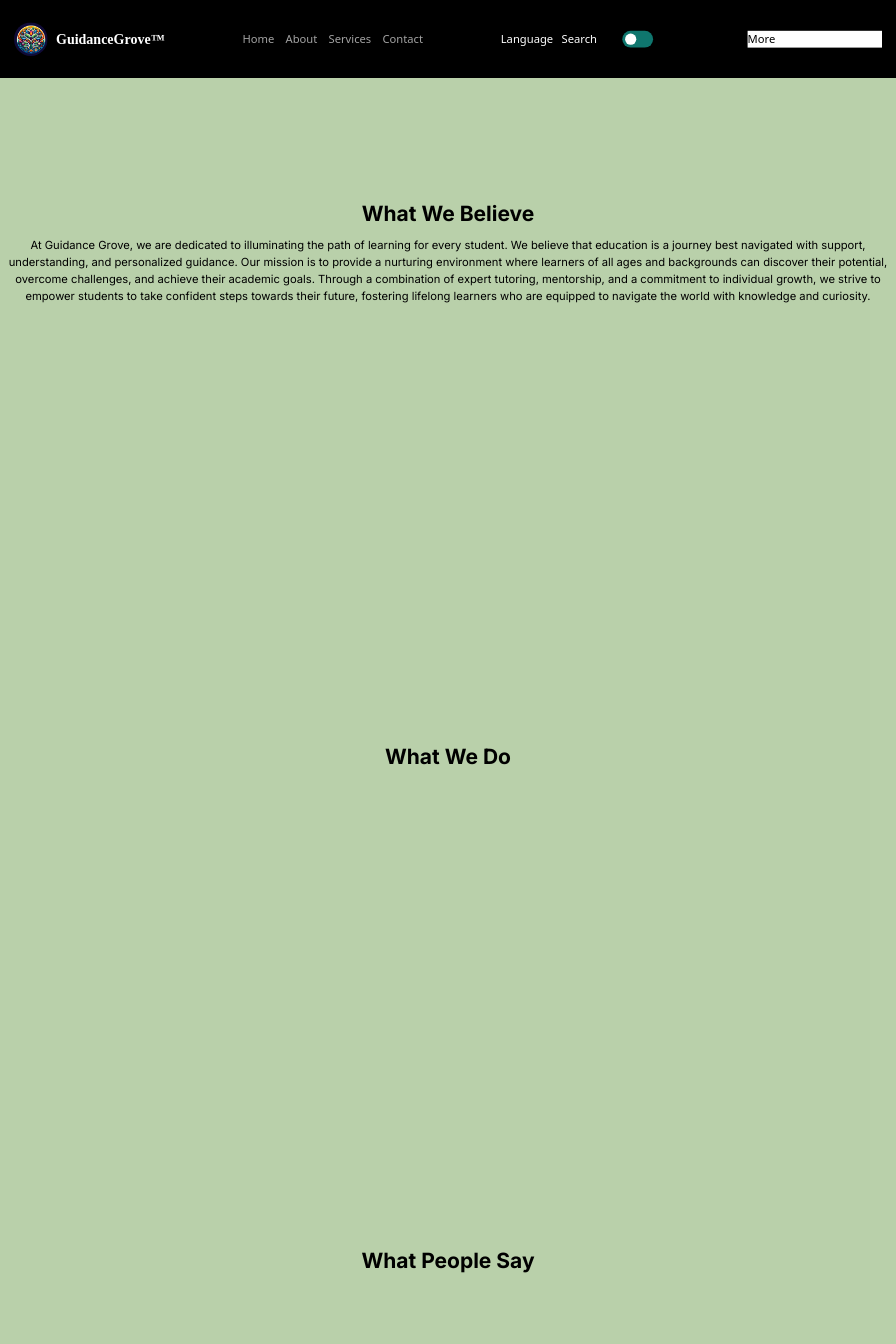
Repository: PositiveGuy/GuidanceGrove
Page: /
An editor plug-in stored every save of this project. The page is shown before and after the next save, followed by the edit.
The browser window is 1280 px wide. The pictures show the part of the page from y = 0 to 1920 px (the page is 3874 px tall before and 3898 px after), at 70% of full size.
The project was rebuilt for these pictures with package versions that can differ from the ones it lists, and the page was loaded fresh each time. The framework's server and built-in components were replaced by stand-ins that run in the browser. Also part of the build but not shown: next.config.js.

Above is the page before, as saved 2023-12-28 12:18:10.

### src/app/layout.tsx
import React from 'react';
import Header from '../components/header';
import Footer from '../components/footer';
import { Inter } from 'next/font/google';
import './globals.css';
import { ThemeContextProvider } from '@/context/ThemeContext';
import ThemeProvider from '@/providers/ThemeProvider';
import ThemeWrapper from '@/components/ThemeWrapper';

//font
const inter = Inter({ subsets: ['latin'] });



//header and footer layout
const RootLayout = ({ children }: { children: React.ReactNode }) => {
  return (
    <html lang='en'>
      <body>
        <ThemeContextProvider>
          <ThemeProvider>
            <Header />
            <ThemeWrapper>
              <main className={inter.className}>{children}</main>
            </ThemeWrapper>
            <Footer />
          </ThemeProvider>
        </ThemeContextProvider>
      </body>
    </html>
  );
};

export default RootLayout;

### src/app/page.tsx
import React from 'react';
//components import
import BelieveSection from '../components/BelieveSection';
import ServicesSection from '../components/ServicesSection';
import TestimonialsSection from '../components/TestimonialsSection';
import CallToActionSection from '../components/CallToActionSection';
import ContactSection from '../components/ContactSection';


//page layout
const Page = () => {
  return (
    <>
      <BelieveSection />
      <ServicesSection />
      <TestimonialsSection />
      <CallToActionSection />
      <ContactSection />
    </>
  );
};

export default Page;

### src/components/header.tsx
"use client"
import MobileNavigation from "./MobileNavigation";
import ThemeToggle from "./ThemeToggle";


const Header = () => {
  return (
    <nav className="fixed z-50 w-full flex justify-between items-center p-5 bg-black">
      {/* Left Side: Logo and GuidanceGrove™ */}
      <div className="flex items-center space-x-3">
        <img src="/Logo/guidance-grove-logo.png" alt="Guidance Grove Logo" className="h-12 w-12 rounded-full" />
        <div className="text-xl font-caveat font-bold text-white">
          GuidanceGrove™
        </div>
      </div>

      {/* Center: Navigation Links */}
      <div>
        <ul className="flex space-x-4">
          <li><a href="/" className="text-neutral-400 hover:text-white">Home</a></li>
          <li><a href="/about" className="text-neutral-400 hover:text-white">About</a></li>
          <li><a href="/services" className="text-neutral-400 hover:text-white">Services</a></li>
          <li><a href="/contact" className="text-neutral-400 hover:text-white">Contact</a></li>
        </ul>
      </div>

      {/* Right Side: Placeholders for Language, Search, and Dark Mode Toggle */}
      <div className="flex items-center space-x-3">
        <div className="text-white">Language</div>
        <div className="text-white">Search</div>
        <ThemeToggle />
      </div>

      {/*Mobile Navbar*/}
      <div className="bg-white w-48">
        <MobileNavigation />
      </div>
    </nav>
  );
};

export default Header;

### src/components/footer.tsx
import Image from "next/image";

const Footer = () => {
  return (
    <footer className="p-5 bg-black shadow-inner text-center">
      <div className="flex justify-center space-x-8 mt-10">
        {/* Placeholder for social icons */}
        <Image src={"/SVGs/ig.svg"} width={50} height={50} alt="ig"></Image>
        <Image src={"/SVGs/fb.svg"} width={50} height={50} alt="fb"></Image>
        <Image src={"/SVGs/tw.svg"} width={50} height={50} alt="tw"></Image>
        <Image src={"/SVGs/wa.svg"} width={50} height={50} alt="wa"></Image>
        <Image src={"/SVGs/yt.svg"} width={50} height={50} alt="in"></Image>
      </div>

      <div className="flex justify-center space-x-1 mb-10 text-teal-50">
        <div className="mt-20">
          ©2023; designed with love and care by
        </div>
        <div className="mt-20 font-caveat">
          GuidanceGrove™
        </div>
      </div>
    </footer>
  );
};
//make GuidanceGrove in font Caveat
export default Footer;

### src/app/globals.css
@tailwind base;
@tailwind components;
@tailwind utilities;

:root {
  --foreground-rgb: 0, 0, 0;
  --background-start-rgb: 214, 219, 220;
  --background-end-rgb: 255, 255, 255;
}

@media (prefers-color-scheme: dark) {
  :root {
    --foreground-rgb: 255, 255, 255;
    --background-start-rgb: 0, 0, 0;
    --background-end-rgb: 0, 0, 0;
  }
}

body {
  color: rgb(var(--foreground-rgb));
  background: linear-gradient(
      to bottom,
      transparent,
      rgb(var(--background-end-rgb))
    )
    rgb(var(--background-start-rgb));
}

.custom-shadow {
    box-shadow: 0 2px 4px rgba(0, 0, 0, 0.2);
}

### src/context/ThemeContext.tsx
"use client"
import { createContext, useState, ReactNode, useEffect } from "react"

interface ChildrenProps {
    children: ReactNode
}

interface ThemeContextType {
    theme: string
    toggle: () => void
}

// This component is responsible to registering and remembering what theme was chosen by the user
// we use local storage for that
export const ThemeContext = createContext<ThemeContextType>({
    theme: "light",
    toggle: () => { },
})

function getFromLocalStorage() {
    if (typeof window === "undefined") {
        return "light";
    }
    const storedTheme = localStorage.getItem("theme");
    console.log("Initial theme from localStorage:", storedTheme); // Debug log
    return storedTheme || "light";
}


export const ThemeContextProvider = ({ children }: ChildrenProps) => {
    const [theme, setTheme] = useState<string>(getFromLocalStorage)

    // since next.js uses server side rendering, we must specify if the transition to client is completed
    const toggle = () => {
        setTheme(prevTheme => prevTheme === "light" ? "dark" : "light");
    };



    useEffect(() => {
        console.log("Updating theme in localStorage to:", theme); // Debug log
        localStorage.setItem("theme", theme);
    }, [theme]);



    return <ThemeContext.Provider value={{ theme, toggle }}>{children}</ThemeContext.Provider>
}

### src/providers/ThemeProvider.tsx
"use client"

import { ThemeContext } from "@/context/ThemeContext"
import { useState, useEffect, useContext, ReactNode } from "react"


interface ChildrenProps {
    children: ReactNode
}

// this component is created to keep the layout/page as server side rendered.
// useContext() requires you to have "use client"

export default function ThemeProvider({ children }: ChildrenProps) {
    const { theme } = useContext(ThemeContext)
    const [mounted, setMounted] = useState(false)

    useEffect(() => {
        setMounted(true)
    }, [])

    if (mounted) {
        return <div className={theme}>{children}</div>
    }
    return <div className={theme}>{children}</div>
}

### src/components/ThemeWrapper.tsx
"use client"
import React, { useContext } from 'react';
import { ThemeContext } from '@/context/ThemeContext';

const ThemeWrapper = ({ children }: { children: React.ReactNode }) => {
    const { theme } = useContext(ThemeContext);

    return (
        <div className={`${theme === "light" ? " bg-sage text-black" : "bg-gray-700 text-slate-400"}`}>
            {children}
        </div>
    );
};

export default ThemeWrapper;

### src/components/BelieveSection.tsx
"use client"
import { ThemeContext } from "@/context/ThemeContext";
import { useContext } from "react";

const BelieveSection = () => {
  const { theme } = useContext(ThemeContext)
  return (
    <div id="believe" className={`h-screen flex items-center justify-center`}>
      <div className="text-center">
        <h2 className="text-3xl font-bold">What We Believe</h2>
        <p className="mt-4">At Guidance Grove, we are dedicated to illuminating the path of learning for every student.
          We believe that education is a journey best navigated with support, understanding, and personalized guidance.
          Our mission is to provide a nurturing environment where learners of all ages and backgrounds
          can discover their potential, overcome challenges, and achieve their academic goals.
          Through a combination of expert tutoring, mentorship, and a commitment to individual growth,
          we strive to empower students to take confident steps towards their future,
          fostering lifelong learners who are equipped to navigate the world with knowledge and curiosity.</p>
      </div>
    </div>
  );
};

export default BelieveSection;

### src/components/ServicesSection.tsx
"use client"
import { ThemeContext } from "@/context/ThemeContext";
import { useContext } from "react";

const ServicesSection = () => {
  const { theme } = useContext(ThemeContext)
  return (
    <div id="services" className={`h-screen flex items-center justify-center  `}>
      <div className="text-center">
        <h2 className="text-3xl font-bold">What We Do</h2>
        {/* Add service details here */}
      </div>
    </div>
  );
};

export default ServicesSection;

### src/components/TestimonialsSection.tsx
"use client"
import { ThemeContext } from "@/context/ThemeContext";
import { useContext } from "react";

const TestimonialsSection = () => {
  const { theme } = useContext(ThemeContext)
  return (
    <div id="testimonials" className={`h-screen flex items-center justify-center   `}>
      <div className="text-center">
        <h2 className="text-3xl font-bold">What People Say</h2>
        {/* Add testimonials here */}
      </div>
    </div>
  );
};

export default TestimonialsSection;

### src/components/CallToActionSection.tsx
"use client"
import { ThemeContext } from "@/context/ThemeContext";
import { useContext } from "react";

const CallToActionSection = () => {
  const { theme } = useContext(ThemeContext)
  return (
    <div id="cta" className={`h-screen flex items-center justify-center  `}>
      <div className="container mx-auto px-4 sm:px-6 lg:px-8">
        <div className="flex flex-wrap -mx-4 items-center">
          <div className="text-left lg:w-1/2 px-4 mb-4 lg:mb-0">
            <h2 className="text-5xl font-bold">Payments tool for software companies</h2>
            <p className="mt-2 text-lg">From checkout to global sales tax compliance, companies around the world use Flowbite to simplify their payment stack.</p>
            <button className="mt-4 bg-blue-500 text-white py-2 px-4 rounded hover:bg-blue-700">
              Get started ➤
            </button>
          </div>
          <div className="lg:w-1/2 px-4 flex justify-center lg:justify-end">
            <img src="DALLE/career.png" alt="Software Payment Tool" className="object-contain lg:object-cover h-80 w-full lg:w-auto rounded-lg shadow-lg" />
          </div>
        </div>
      </div>
    </div>
  );
};

export default CallToActionSection;

### src/components/ContactSection.tsx
"use client"
import { ThemeContext } from "@/context/ThemeContext";
import { useContext } from "react";

const ContactSection = () => {
  const { theme } = useContext(ThemeContext)
  return (
    <div id="contact" className={`h-screen flex items-center justify-center  `}>
      <div className="text-center">
        <h2 className="text-3xl font-bold">Contact Us</h2>
        {/* Add contact form or information here */}
      </div>
    </div>
  );
};

export default ContactSection;

### src/components/MobileNavigation.tsx
import { Menu } from '@headlessui/react'

export default function MobileNavigation() {
    return (
        <Menu>
            <Menu.Button>More</Menu.Button>
            <Menu.Items>
                <Menu.Item>
                    {({ active }) => (
                        <a
                            className={`${active && 'bg-blue-500'}`}
                            href="/account-settings"
                        >
                            Account settings
                        </a>
                    )}
                </Menu.Item>
                <Menu.Item>
                    {({ active }) => (
                        <a
                            className={`${active && 'bg-blue-500'}`}
                            href="/account-settings"
                        >
                            Documentation
                        </a>
                    )}
                </Menu.Item>
                <Menu.Item disabled>
                    <span className="opacity-75">Invite a friend (coming soon!)</span>
                </Menu.Item>
            </Menu.Items>
        </Menu>
    )
}

### src/components/ThemeToggle.tsx
"use client"
import { useContext } from 'react'
import { Switch } from '@headlessui/react'
import { ThemeContext } from '@/context/ThemeContext'

export default function Example() {
    const { toggle, theme } = useContext(ThemeContext)

    // Determine if the switch should be on or off based on the current theme
    const isDarkMode = theme === 'dark'

    return (
        <div className="flex items-center justify-center p-6"> {/* Adjusted for centering */}
            <Switch
                checked={isDarkMode}
                onChange={toggle} // Use the toggle function from context
                className={`${isDarkMode ? 'bg-teal-900' : 'bg-teal-700'}
                    relative inline-flex items-center h-6 rounded-full w-11 transition-colors focus:outline-none`}
            >
                <span className="sr-only">Toggle theme</span>
                <span
                    aria-hidden="true"
                    className={`${isDarkMode ? 'translate-x-6' : 'translate-x-1'}
                        inline-block w-4 h-4 transform bg-white rounded-full transition-transform`}
                />
            </Switch>
        </div>
    )
}

### tailwind.config.ts
import type { Config } from 'tailwindcss'

const config: Config = {
  content: [
    './src/pages/**/*.{js,ts,jsx,tsx,mdx}',
    './src/components/**/*.{js,ts,jsx,tsx,mdx}',
    './src/app/**/*.{js,ts,jsx,tsx,mdx}',
  ],
  theme: {
    extend: {
      backgroundImage: {
        'gradient-radial': 'radial-gradient(var(--tw-gradient-stops))',
        'gradient-conic':
          'conic-gradient(from 180deg at 50% 50%, var(--tw-gradient-stops))',

      },
      colors: {
        sage: '#B9D0AA',
      },

      fontFamily: {
        caveat: ['Caveat', 'cursive'],
      },

    },

  },
  plugins: [],
}
export default config

After the next save:
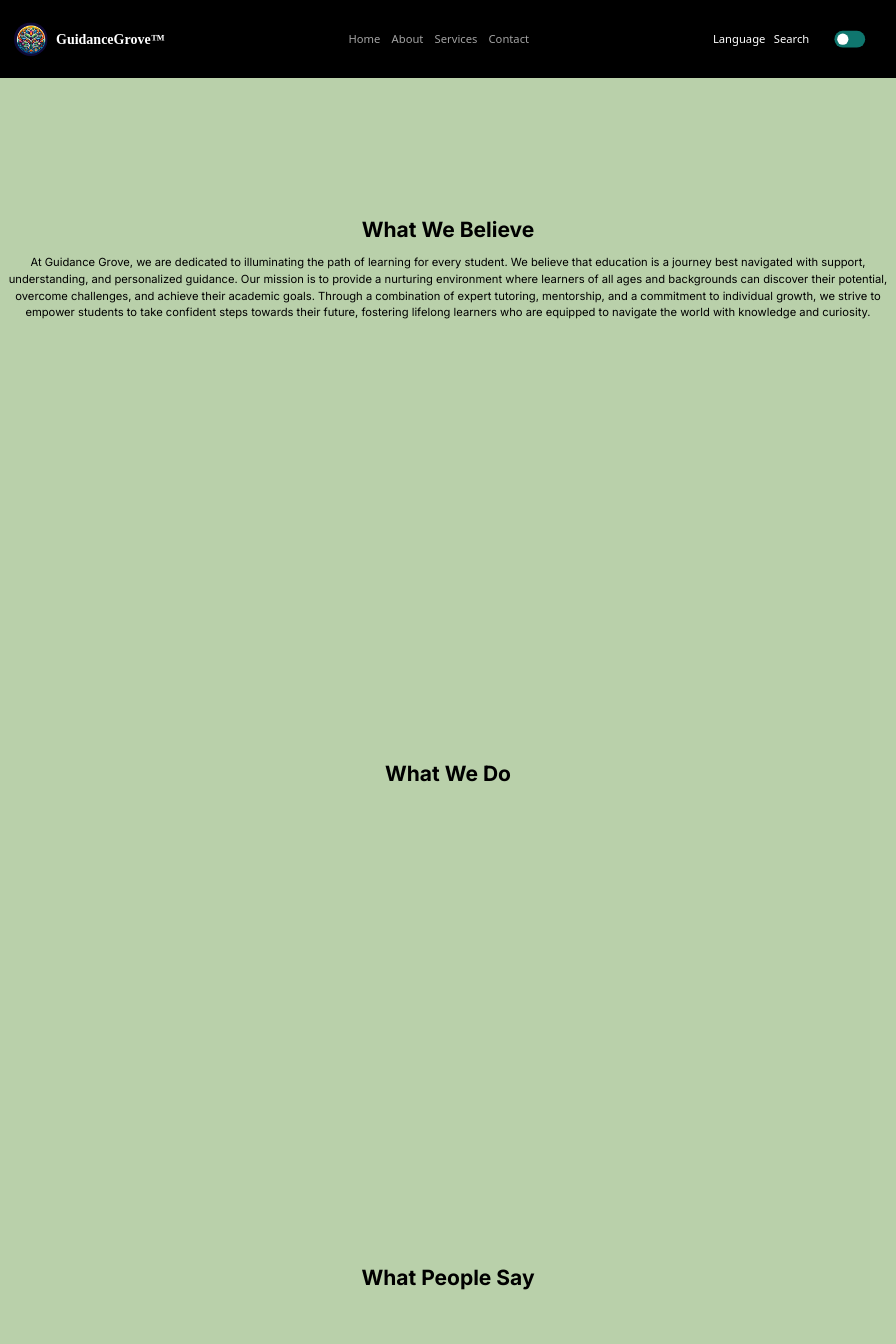
Saved 108 s later.
--- a/src/components/header.tsx
+++ b/src/components/header.tsx
@@ -5,37 +5,40 @@ import ThemeToggle from "./ThemeToggle";
 
 const Header = () => {
   return (
-    <nav className="fixed z-50 w-full flex justify-between items-center p-5 bg-black">
-      {/* Left Side: Logo and GuidanceGrove™ */}
-      <div className="flex items-center space-x-3">
-        <img src="/Logo/guidance-grove-logo.png" alt="Guidance Grove Logo" className="h-12 w-12 rounded-full" />
-        <div className="text-xl font-caveat font-bold text-white">
-          GuidanceGrove™
+    <>
+      <nav className="fixed z-50 w-full flex justify-between items-center p-5 bg-black">
+        {/* Left Side: Logo and GuidanceGrove™ */}
+        <div className="flex items-center space-x-3">
+          <img src="/Logo/guidance-grove-logo.png" alt="Guidance Grove Logo" className="h-12 w-12 rounded-full" />
+          <div className="text-xl font-caveat font-bold text-white">
+            GuidanceGrove™
+          </div>
         </div>
-      </div>
 
-      {/* Center: Navigation Links */}
-      <div>
-        <ul className="flex space-x-4">
-          <li><a href="/" className="text-neutral-400 hover:text-white">Home</a></li>
-          <li><a href="/about" className="text-neutral-400 hover:text-white">About</a></li>
-          <li><a href="/services" className="text-neutral-400 hover:text-white">Services</a></li>
-          <li><a href="/contact" className="text-neutral-400 hover:text-white">Contact</a></li>
-        </ul>
-      </div>
+        {/* Center: Navigation Links */}
+        <div>
+          <ul className="flex space-x-4">
+            <li><a href="/" className="text-neutral-400 hover:text-white">Home</a></li>
+            <li><a href="/about" className="text-neutral-400 hover:text-white">About</a></li>
+            <li><a href="/services" className="text-neutral-400 hover:text-white">Services</a></li>
+            <li><a href="/contact" className="text-neutral-400 hover:text-white">Contact</a></li>
+          </ul>
+        </div>
 
-      {/* Right Side: Placeholders for Language, Search, and Dark Mode Toggle */}
-      <div className="flex items-center space-x-3">
-        <div className="text-white">Language</div>
-        <div className="text-white">Search</div>
-        <ThemeToggle />
-      </div>
-
-      {/*Mobile Navbar*/}
-      <div className="bg-white w-48">
-        <MobileNavigation />
-      </div>
-    </nav>
+        {/* Right Side: Placeholders for Language, Search, and Dark Mode Toggle */}
+        <div className="flex items-center space-x-3">
+          <div className="text-white">Language</div>
+          <div className="text-white">Search</div>
+          <ThemeToggle />
+        </div>
+      </nav>
+      <nav>
+        {/*Mobile Navbar*/}
+        <div className="bg-white w-48">
+          <MobileNavigation />
+        </div>
+      </nav>
+    </>
   );
 };
 
